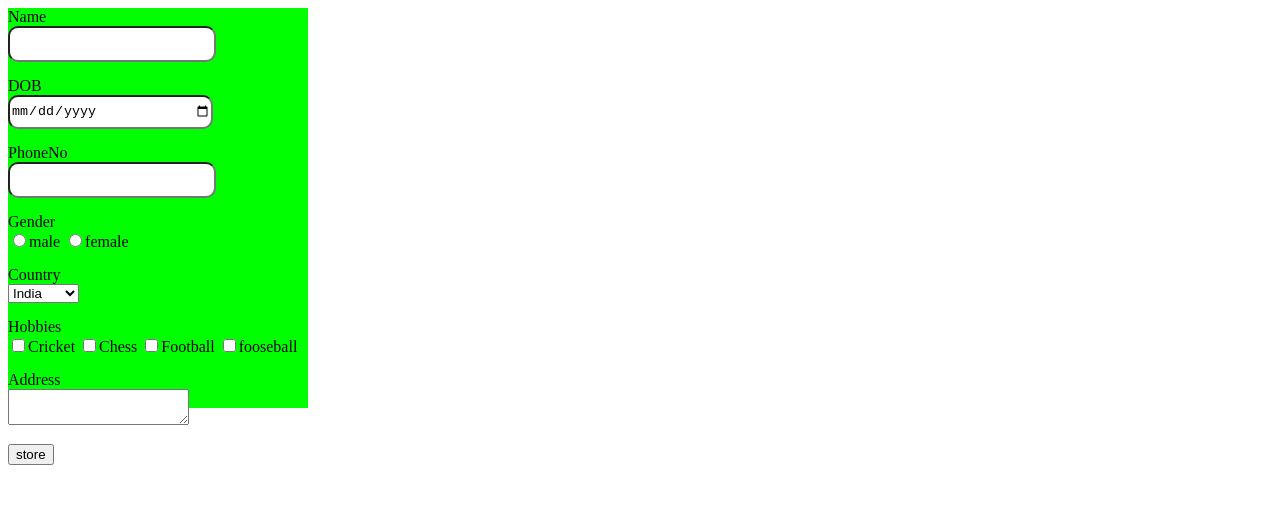
Repository: mnarendra333/batch21_WE
Page: RegApp/WebContent/index.html
An editor plug-in stored every save of this project. The page is shown before and after the next save, followed by the edit.
The browser window is 1280 px wide. The pictures show the whole page.

Above is the page before, as saved 2019-02-10 07:21:13.

### RegApp/WebContent/index.html
<!DOCTYPE html>
<html>
<head>
<meta charset="ISO-8859-1">
<title>Insert title here</title>

<style type="text/css">
.mainDiv {
	height: 400px;
	width: 300px;
	background-color: lime;
}

.rowDiv {
	/* display: inline-flex; */
	padding-bottom: 15px;
}

.cInput{
	border-radius: 10px;
    height: 30px;
    width: 200px;
}
</style>
</head>
<body>



	<form action="regsrv" method="post">


		<div class="mainDiv">

			<div class="rowDiv">
				<div>Name</div>
				<div>
					<input type="text" class="cInput" name="uname">
				</div>
			</div>
			<div class="rowDiv">
				<div>DOB</div>
				<div>
					<input type="date" class="cInput" name="dob">
				</div>
			</div>
			<div class="rowDiv">
				<div>PhoneNo</div>
				<div>
					<input type="number" class="cInput" name="phno">
				</div>
			</div>
			<div class="rowDiv">
				<div>Gender</div>
				<div>
					<input type="radio" name="gender" value="male">male <input
						type="radio" name="gender" value="female">female
				</div>
			</div>
			<div class="rowDiv">
				<div>Country</div>
				<div>
					<select name="country">
						<option>India</option>
						<option>China</option>
						<option>Aus</option>
						<option>WI</option>
						<option>Srilanka</option>

					</select>
				</div>
			</div>
			<div class="rowDiv">
				<div>Hobbies</div>
				<div>
					<input type="checkbox" name="hobbies" value="Cricket">Cricket
					<input type="checkbox" name="hobbies" value="Chess">Chess <input
						type="checkbox" name="hobbies" value="Football">Football <input
						type="checkbox" name="hobbies" value="fooseball">fooseball

				</div>
			</div>
			<div class="rowDiv">
				<div>Address</div>
				<div>
					<textarea name="addr"></textarea>
				</div>
			</div>
			<div class="rowDiv">

				<div>
					<input type="submit" value="store">
				</div>
			</div>


		</div>


	</form>

</body>
</html>

After the next save:
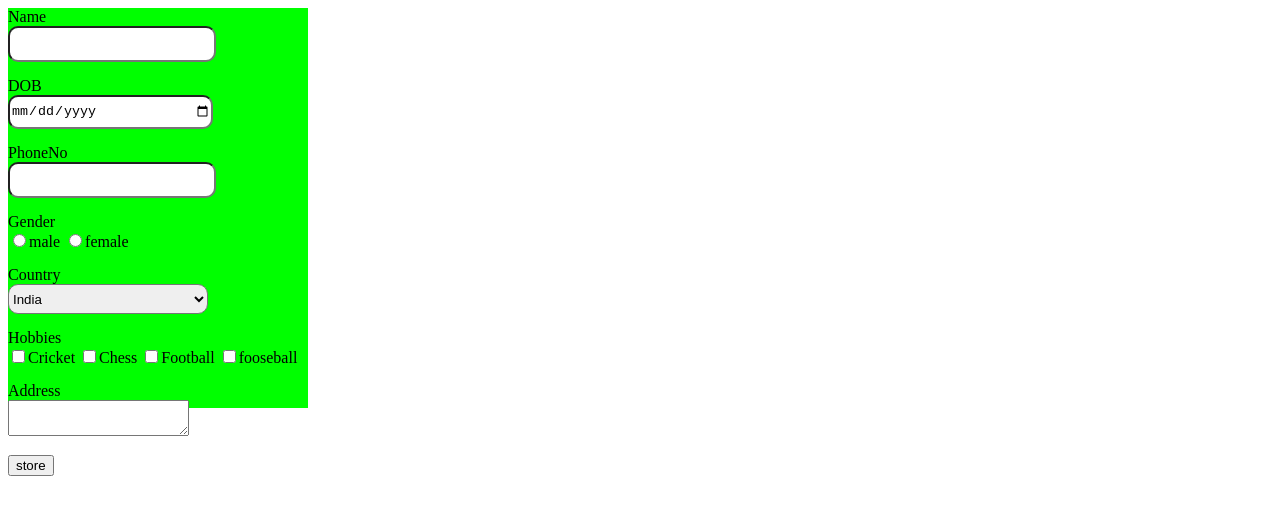
Saved 15 s later.
--- a/RegApp/WebContent/index.html
+++ b/RegApp/WebContent/index.html
@@ -60,7 +60,7 @@
 			<div class="rowDiv">
 				<div>Country</div>
 				<div>
-					<select name="country">
+					<select name="country" class="cInput">
 						<option>India</option>
 						<option>China</option>
 						<option>Aus</option>
